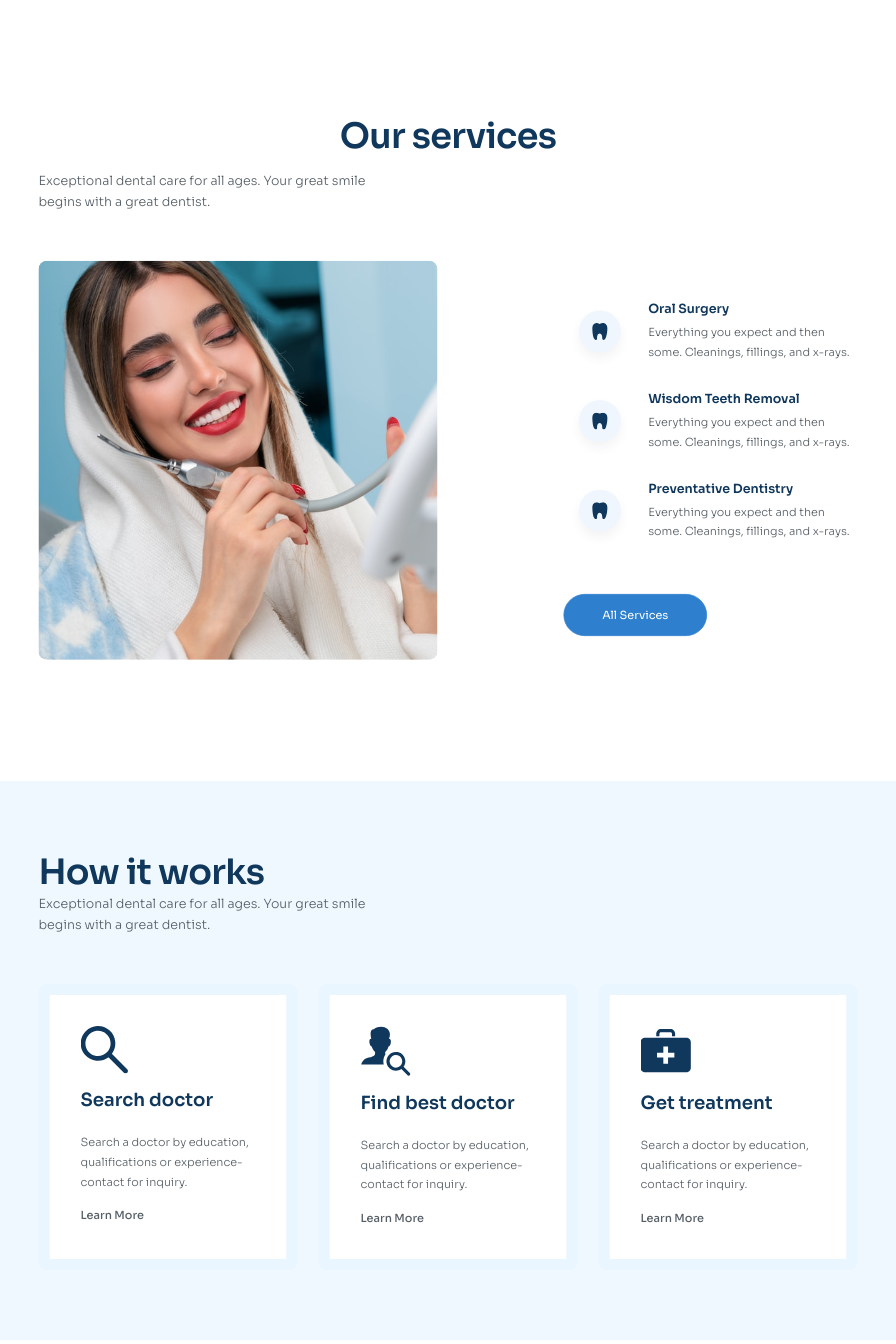
Repository: han2003dz/f8-project-03
Page: index.html
An editor plug-in stored every save of this project. The page is shown before and after a run of saves, followed by the edit.
The browser window is 1280 px wide. The pictures show the part of the page from y = 771 to 2691 px (the page is 6000 px tall), at 70% of full size.

Above is the page before, as saved 2023-05-06 22:21:50.

After the next 2 saves:
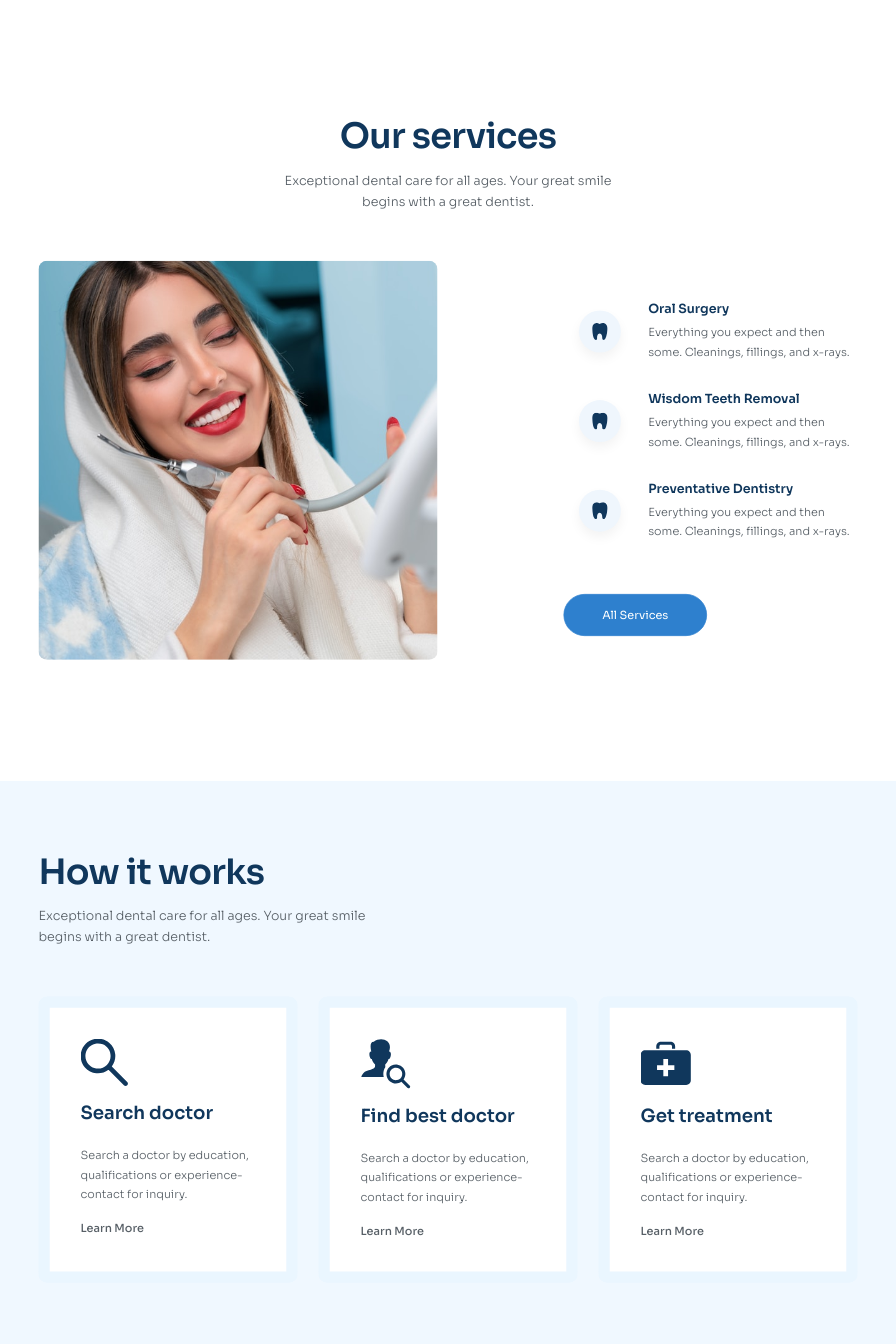
The 2 saves are shown as one change because they came seconds apart.
The last was saved 9 s later.
--- a/assets/css/style.css
+++ b/assets/css/style.css
@@ -380,7 +380,7 @@ a {
   line-height: 1.2;
 }
 .feature__content .section-heading,
-.section-desc {
+.feature__content .section-desc {
   text-align: left;
   margin: 0;
 }
